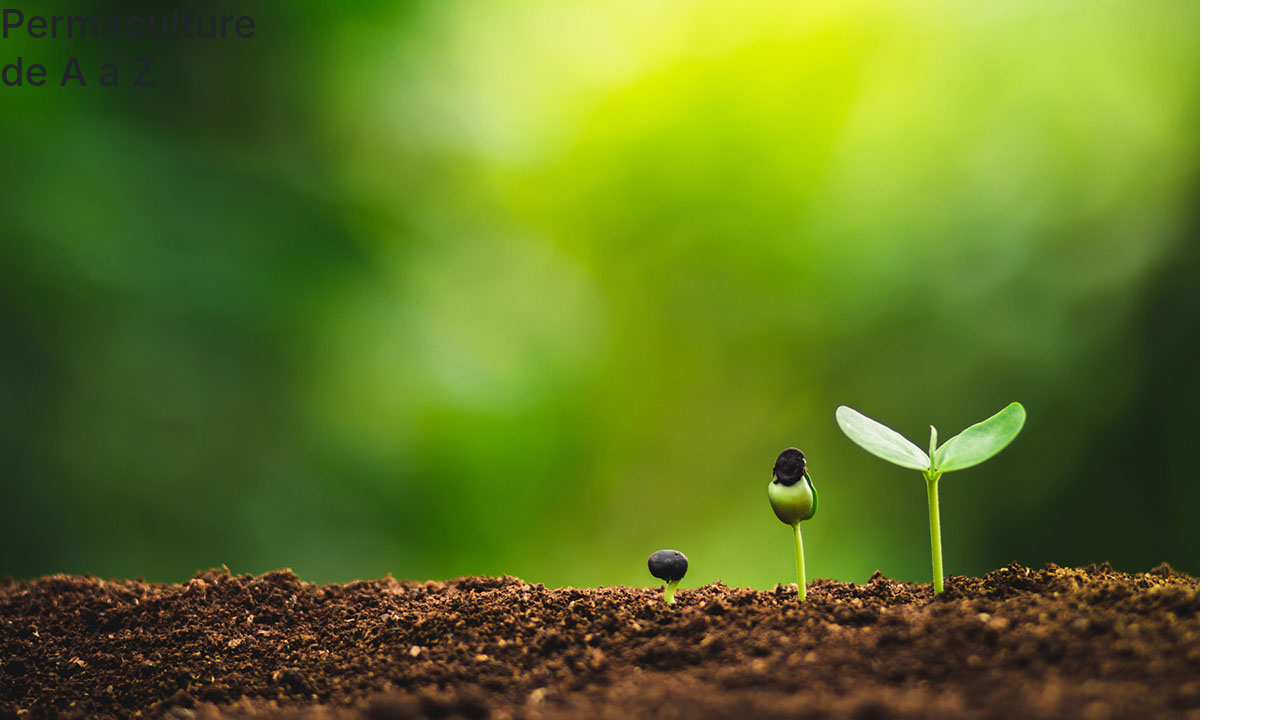
Repository: ahthionkevin/permaculture
Page: index.html
An editor plug-in stored every save of this project. The page is shown before and after the next save, followed by the edit.
The browser window is 1280 px wide. The pictures show the whole page.

Above is the page before, as saved 2021-07-06 21:12:13.

After the next save:
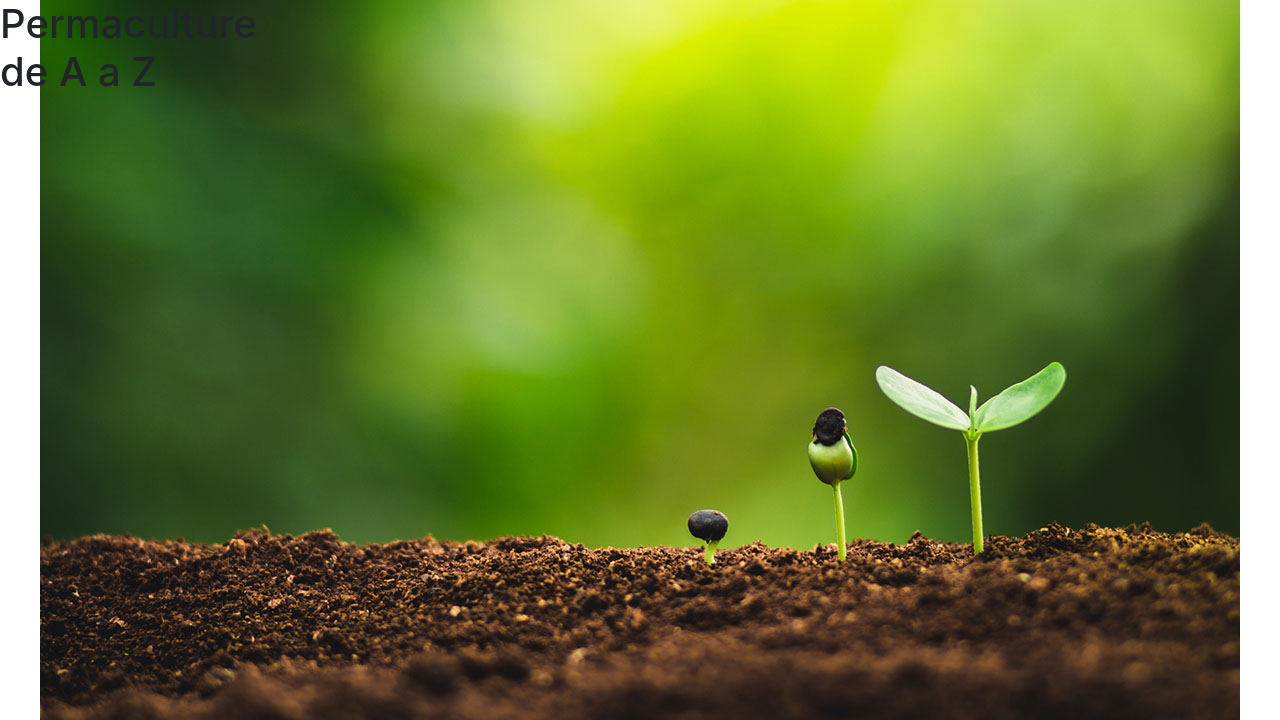
Saved 14 s later.
--- a/style.css
+++ b/style.css
@@ -7,7 +7,7 @@ h2, h3, h4, .nav-item, #transition, footer{
 }
 
 header{
-    background: url(./media/main.jpg) no-repeat;
+    background: url(./media/main.jpg) no-repeat 50% 50%;
 
     height: 100vh;
 }
